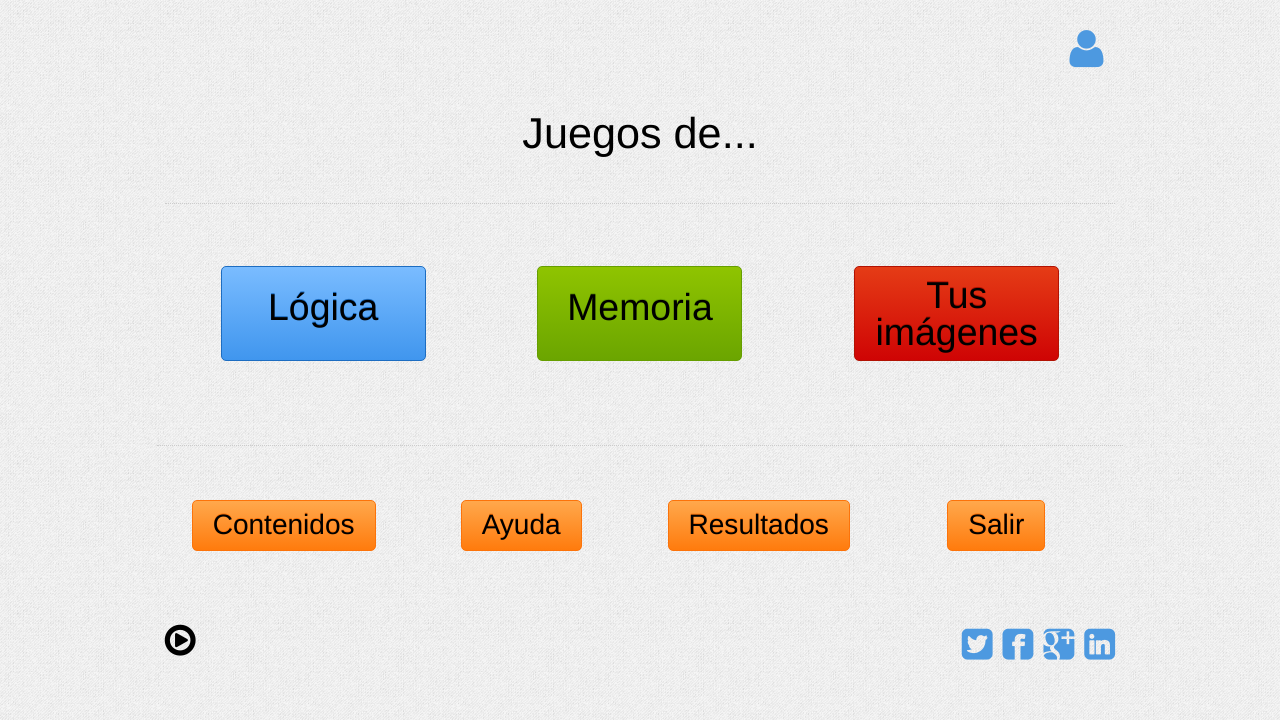
Repository: SCeruso/RememberMe
Page: juegosde.html
The author's editor kept a record of every edit. The page is drawn from the files as they stood at one moment, then again after the next edit.
The browser window is 1280 px wide. The pictures show the whole page.
Some web libraries are served in a nearby version.

Above is the page before.

After the next edit:
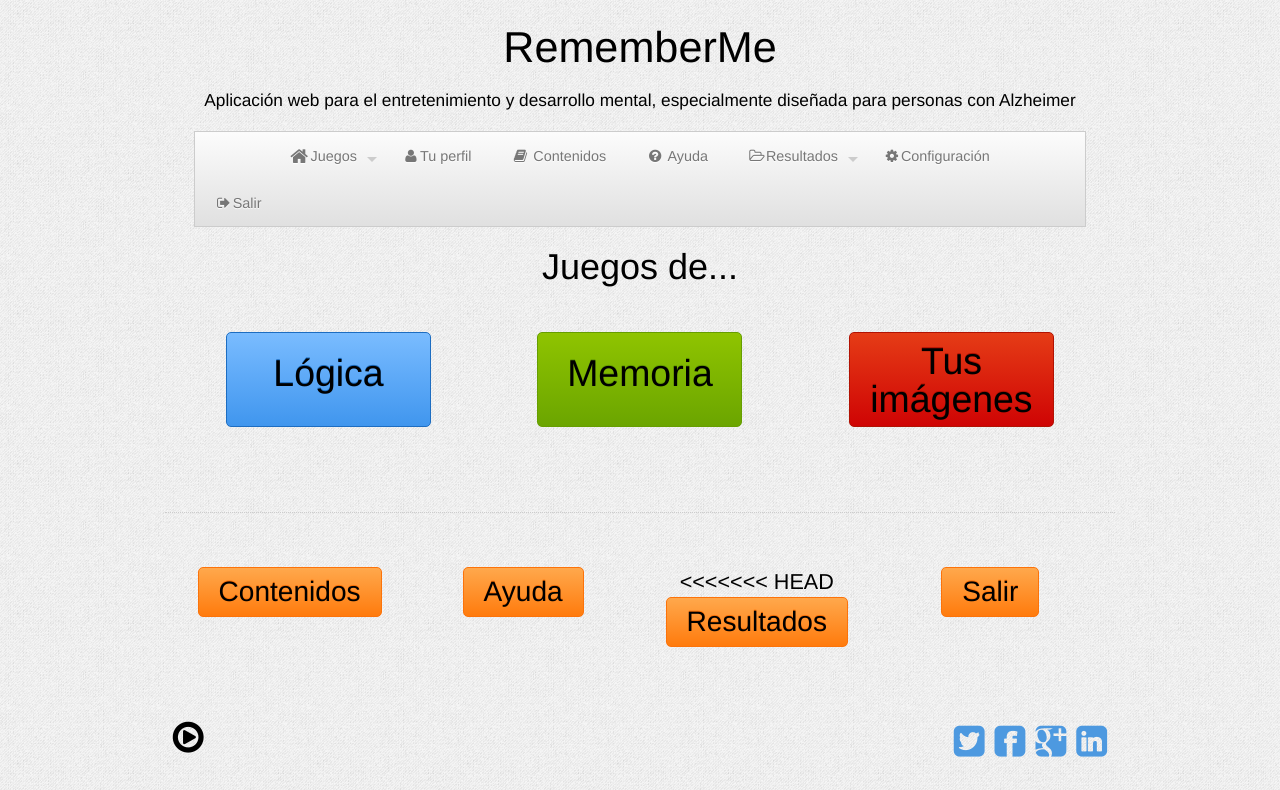
The edit:
--- a/juegosde.html
+++ b/juegosde.html
@@ -17,18 +17,44 @@
 </head>
 <body>
 <div class="grid">
-    <div class="col_12">
-            <h2 class="left">
-		 <a href="perfil.html">
-                <i class="icon-user icon-border pull-right"></i>
-		</a>
-            </h2>
-    </div>
+        <div class="col_12">
+                    <h2 class="center">
+                        RememberMe
+                    </h2>
+                    <h6 class="center">
+                        Aplicaci&oacute;n web para el entretenimiento y desarrollo mental, especialmente diseñada para personas con Alzheimer
+                    </h6>
+                </div>
+
+               <div class="col_12">
+               <div class="grid">
+                    <div class="col_1"></div>
+                    <ul class="menu" color="red">
+                    <li><a href="juegosde.html"><i class="icon-home icon-large"></i>Juegos</a>
+                        <ul>
+                            <li><a href="puzzle.html">Lógica</a></li>
+                            <li><a href="memoria.html">Memoria</a></li>
+                            <li><a href="tusimagenes.html">Tus imágenes</a></li>
+                        </ul>
+                    </li>
+                    <li><a href="perfil.html"><i class="icon-user"></i>Tu perfil</a>
+                    <li><a href="contenido.html"><i class="icon-book"></i> Contenidos</a></li>
+                    <li><a href="ayuda.html"><i class="icon-question-sign"></i> Ayuda</a></li>
+                    <li><a href="resultados.html"><i class="icon-folder-open-alt"></i>Resultados</a>
+                    <ul>
+                        <li><a href="resultados.html">Hoy</a></li>
+                        <li><a href="resultados_semana.html">Esta semana</a></li>
+                        <li><a href="resultados_mes.html">Este mes</a></li>
+                        <li><a href="resultados_generales.html">Generales</a></li>
+                    </ul>
+                    <li><a href="iniciarSesion.html"><i class="icon-cog"></i>Configuraci&oacute;n</a></li>
+                    <li><a href="iniciarSesion.html"><i class="icon-signout"></i>Salir</a></li>
+                    </ul>
+                </div>
 	<div class="col_12">
-            <h2 class="center">
-        	        <p>Juegos de...</p>
-        	    </h2>
-		<hr/>
+            <h3 class="center">
+        	        Juegos de...
+        	</h3>
 	</div>
 	<div class="col_12">
 	    <div class="col_4">
@@ -56,12 +82,14 @@
         </div>
         <div class="col_3">
             <h5 style="margin-bottom:40px;" class="center">
-                <a class="large button orange" href="registrarse.html"><font color="black">Ayuda</font></a>
+                <a class="large button orange" href="ayuda.html"><font color="black">Ayuda</font></a>
             </h5>
         </div>
         <div class="col_3">
             <h5 style="margin-bottom:40px;" class="center">
+<<<<<<< HEAD
                 <a class="large button orange" href="resultados.html"><font color="black">Resultados</font></a>
+
             </h5>
         </div>
         <div class="col_3">
